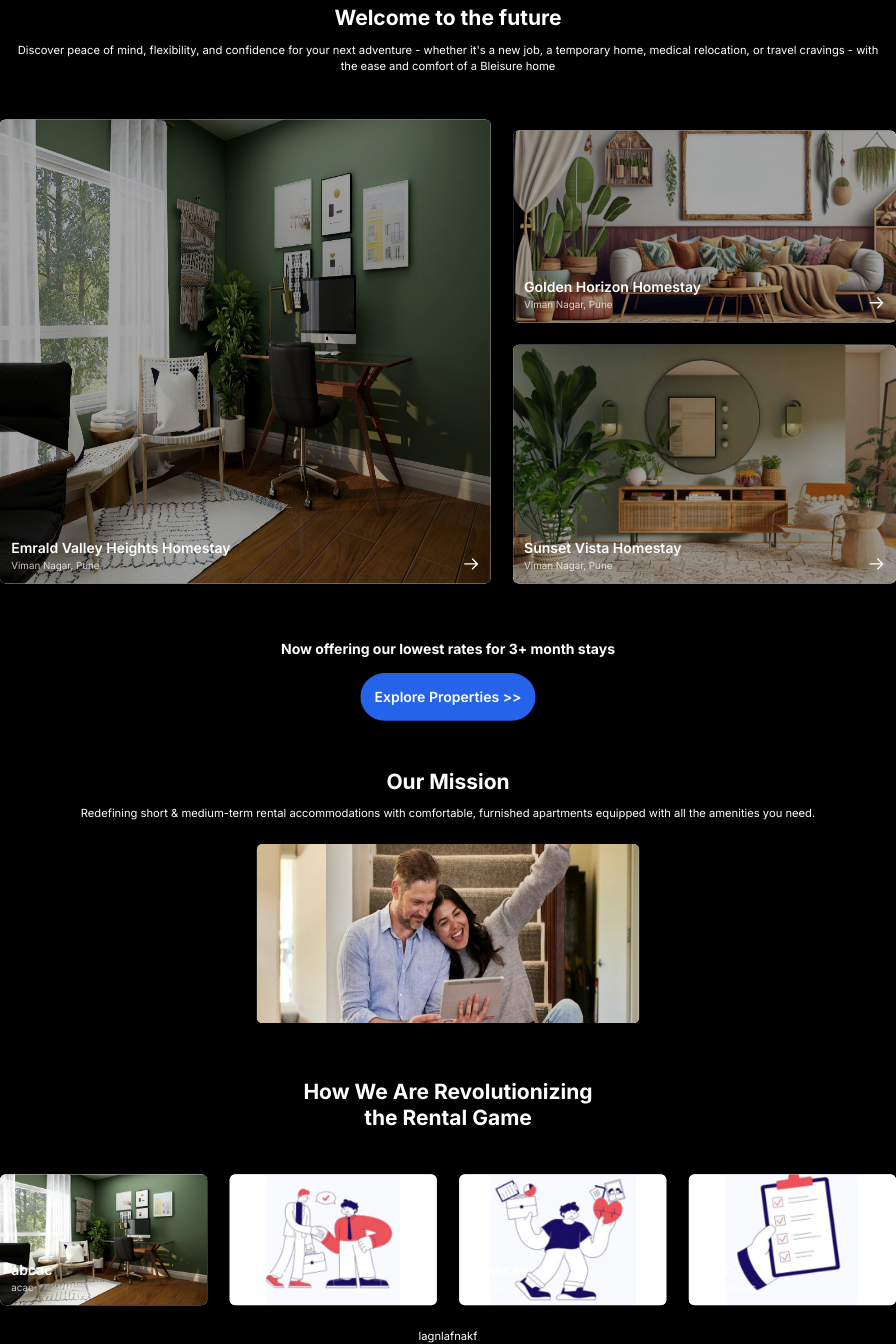
Repository: aditya-jha-kumar/BleisureHosting-V1
Page: /home
These files come from the project's save history. The page is drawn as it stood at one moment and after a run of saves; the edit follows.
The browser window is 1280 px wide. The pictures show the part of the page from y = 762 to 2682 px (the page is 2682 px tall before and 2653 px after), at 70% of full size.
The project was rebuilt for these pictures with package versions that can differ from the ones it lists, and the page was loaded fresh each time. The framework's server and built-in components were replaced by stand-ins that run in the browser. Also part of the build but not shown: next.config.mjs.

Above is the page before, as saved 2024-06-12 15:37:15.

### src/app/home/page.tsx
// Home.tsx
"use client";
// Home.tsx

import React from "react";
import Navbar from "@/components/navbar";
import Search from "@/components/Search";
import Hero from "@/components/hero";
import Card from "@/components/card";
import Button from "@/components/button";
import Card2 from "@/components/Card2";

export default function Home() {
  return (
    <div className="relative min-h-screen flex flex-col justify-center items-center">
      {/* Navbar */}
      <Navbar
        logoSrc="/logo.png"
        logoAlt=""
        option1="Place to stay"
        option2="Experience"
        option3="Nearby"
        option4="Contact"
        button1Label="Become a partner"
        button2Label="Sign up"
      />

      {/* Hero section */}
      <div className="relative rounded overflow-hidden flex-1">
        <Hero
          logoSrc="/hero.png"
          logoAlt="Your alt text here"
          className="rounded"
        />
        {/* Search component placed on Hero */}
        <div className="absolute inset-0 flex justify-center items-center">
          <Search placeholder="Search" />
        </div>
      </div>

      {/* Additional content */}
      <div className="flex flex-col items-center justify-center text-center mt-8 md:mt-12 px-4">
        <h1 className="text-3xl font-bold">Welcome to the future</h1>
        <p className="mt-4">
          Discover peace of mind, flexibility, and confidence for your next
          adventure - whether it's a new job, a temporary home, medical
          relocation, or travel cravings - with the ease and comfort of a
          Bleisure home
        </p>
      </div>

      {/* Cards */}
      <div className="flex justify-center mt-8 space-x-4 md:space-x-8">
        <Card
          imageSrc="/card1.png"
          largeText="Emrald Valley Heights Homestay"
          smallText="Viman Nagar, Pune"
          showOverlay
          showArrow
        />
        <div className="md:mt-4">
          {/* Add margin top for medium screens */}
          <Card
            imageSrc="/card2.png"
            largeText="Golden Horizon Homestay"
            smallText="Viman Nagar, Pune"
            showOverlay
            showArrow
          />
          <Card
            imageSrc="/card3.png"
            largeText="Sunset Vista Homestay"
            smallText="Viman Nagar, Pune"
            showOverlay
            showArrow
          />
        </div>
      </div>

      {/* Additional content */}
      <div className="flex flex-col items-center justify-center text-center mt-8 md:mt-12 px-4">
        <h1 className="text-xl font-bold">
          Now offering our lowest rates for 3+ month stays
        </h1>
        <Button text="Explore Properties >>" />
      </div>

      {/* Our Mission */}
      <div className="flex flex-col items-center justify-center text-center mt-8 md:mt-12 px-4">
        <h1 className="text-3xl font-bold">Our Mission</h1>
        <p className="mt-4">
          Redefining short & medium-term rental accommodations with comfortable,
          furnished apartments equipped with all the amenities you need.
        </p>
        <Card
          imageSrc="our-mission.png"
          largeText=""
          smallText=""
          smallSize // Pass this prop to decrease the size
        />
      </div>
      {/* revolutionizing */}
      <div>
        <div className="flex flex-col items-center justify-center text-center mt-8 md:mt-12 px-4">
          <h1 className="text-3xl font-bold">
            How We Are Revolutionizing <br /> the Rental Game
          </h1>
        </div>
      </div>
      <div className="flex justify-center mt-8 space-x-4 md:space-x-8">
        <Card2 imageSrc="/card1.png" largeText="abcac" smallText="acac" />
        <Card2 imageSrc="/a2.png" largeText="acacac" smallText="acacea" />
        <Card2 imageSrc="/a3.png" largeText="acaecae" smallText="acaecae" />
        <Card2 imageSrc="/a4.png" largeText="acac" smallText="acacaecaec" />
      </div>
      <div>
        <h1>lagnlafnakf</h1>
      </div>
    </div>
  );
}

### src/components/navbar.tsx
"use client"
import { useState } from "react";
import Link from "next/link";

interface NavbarProps {
  logoSrc: string;
  logoAlt: string;
  option1: string;
  option2: string;
  option3: string;
  option4: string;
  button1Label: string;
  button2Label: string;
}

const Navbar = ({
  logoSrc,
  logoAlt,
  option1,
  option2,
  option3,
  option4,
  button1Label,
  button2Label,
}: NavbarProps) => {
  const [isMenuOpen, setIsMenuOpen] = useState(false);

  const toggleMenu = () => {
    setIsMenuOpen(!isMenuOpen);
  };

  return (
    <nav className="bg-white dark:bg-white fixed w-full z-20 top-0 start-0 border-b">
      <div className="max-w-screen-xl flex flex-wrap items-center justify-between mx-auto p-4">
        <Link
          className="flex items-center space-x-3 rtl:space-x-reverse cursor-pointer"
          href="/"
        >
          <img src={logoSrc} className="h-8" alt={logoAlt} />
          <span className="self-center text-2xl font-semibold whitespace-nowrap dark:text-black">
            {logoAlt}
          </span>
        </Link>
        <div className="flex md:order-2 space-x-3 md:space-x-0 rtl:space-x-reverse">
          <button
            type="button"
            className="text-black bg-white border-black border-2 focus:ring-4 font-medium rounded-lg text-sm px-4 py-2 text-center transition duration-300 ease-in-out hover:bg-black hover:text-white hover:border-gray-800"
          >
            {button1Label}
          </button>

          <span className="px-2 py-2">|</span>
          <button
            type="button"
            className="text-white bg-blue-700 hover:bg-blue-800 focus:ring-4 focus:outline-none focus:ring-blue-300 font-medium rounded-lg text-sm px-4 py-2 text-center dark:bg-blue-600 dark:hover:bg-blue-700 dark:focus:ring-blue-800 transition duration-300 ease-in-out"
          >
            {button2Label}
          </button>

          <button
            data-collapse-toggle="navbar-sticky"
            type="button"
            className="inline-flex items-center p-2 w-10 h-10 justify-center text-sm text-gray-500 rounded-lg md:hidden hover:bg-gray-100 focus:outline-none focus:ring-2 focus:ring-gray-200 dark:text-gray-400 dark:hover:bg-gray-700 dark:focus:ring-gray-600 transition duration-300 ease-in-out"
            aria-controls="navbar-sticky"
            aria-expanded="false"
            onClick={toggleMenu}
          >
            <span className="sr-only">Open main menu</span>
            <svg
              className="w-5 h-5"
              aria-hidden="true"
              xmlns="http://www.w3.org/2000/svg"
              fill="none"
              viewBox="0 0 17 14"
            >
              <path
                stroke="currentColor"
                strokeLinecap="round"
                strokeLinejoin="round"
                strokeWidth="2"
                d="M1 1h15M1 7h15M1 13h15"
              />
            </svg>
          </button>
        </div>
        <div
          className={`items-center justify-between w-full md:flex md:w-auto md:order-1 ${
            isMenuOpen ? "block" : "hidden"
          }`}
          id="navbar-sticky"
        >
          <ul className="flex flex-col p-4 md:p-0 mt-4 font-medium border border-gray-100 rounded-lg bg-gray-50 md:space-x-8 rtl:space-x-reverse md:flex-row md:mt-0 md:border-0 md:bg-white">
            <li>
              <Link
                className="block py-2 px-3 text-gray-900 rounded hover:bg-gray-100 md:hover:bg-transparent md:hover:text-blue-700 md:p-0 md:dark:hover:text-blue-500 dark:text-black dark:hover:bg-gray-700 dark:hover:text-black md:dark:hover:bg-transparent dark:border-gray-700 transition duration-300 ease-in-out"
                aria-current="page"
                href="/placetostay"
              >
                {option1}
              </Link>
            </li>
            <li>
              <Link
                className="block py-2 px-3 text-gray-900 rounded hover:bg-gray-100 md:hover:bg-transparent md:hover:text-blue-700 md:p-0 md:dark:hover:text-blue-500 dark:text-black dark:hover:bg-gray-700 dark:hover:text-black md:dark:hover:bg-transparent dark:border-gray-700 transition duration-300 ease-in-out"
                href="/about"
              >
                {option2}
              </Link>
            </li>
            <li>
              <Link
                className="block py-2 px-3 text-gray-900 rounded hover:bg-gray-100 md:hover:bg-transparent md:hover:text-blue-700 md:p-0 md:dark:hover:text-blue-500 dark:text-black dark:hover:bg-gray-700 dark:hover:text-black md:dark:hover:bg-transparent dark:border-gray-700 transition duration-300 ease-in-out"
                href="/services"
              >
                {option3}
              </Link>
            </li>
            <li>
              <Link
                className="block py-2 px-3 text-gray-900 rounded hover:bg-gray-100 md:hover:bg-transparent md:hover:text-blue-700 md:p-0 md:dark:hover:text-blue-500 dark:text-black dark:hover:bg-gray-700 dark:hover:text-black md:dark:hover:bg-transparent dark:border-gray-700 transition duration-300 ease-in-out"
                href="/contact"
              >
                {option4}
              </Link>
            </li>
          </ul>
        </div>
      </div>
    </nav>
  );
};

export default Navbar;

### src/components/Search.tsx
"use client";
import React from "react";

interface SearchProps {
  placeholder: string;
}

const Search = ({ placeholder }: SearchProps) => {
  return (
    <div className="relative">
      <input
        type="text"
        placeholder={placeholder}
        className="w-full h-12 px-4 py-2 rounded-lg border border-gray-300 focus:outline-none focus:border-blue-500"
      />
      <button className="absolute inset-y-0 right-0 flex items-center px-4 bg-blue-500 text-white rounded-r-lg">
        Search
      </button>
    </div>
  );
};

export default Search;

### src/components/hero.tsx
"use client";
import React from "react";

interface HeroProps {
  logoSrc: string;
  logoAlt: string;
  className?: string; // Make className optional
}

const Hero = ({ logoSrc, logoAlt, className }: HeroProps) => {
  return (
    <div className={className}>
      <div>
        <img src={logoSrc} alt={logoAlt} />
      </div>
    </div>
  );
};

export default Hero;

### src/components/card.tsx
"use client";
import React from "react";

interface CardProps {
  imageSrc: string;
  largeText: string;
  smallText: string;
  showOverlay?: boolean; // Optional prop to show/hide overlay
  showArrow?: boolean; // Optional prop to show/hide arrow
  smallSize?: boolean; // Optional prop to decrease card size
}

const Card = ({
  imageSrc,
  largeText,
  smallText,
  showOverlay = false,
  showArrow = false,
  smallSize = false,
}: CardProps) => {
  return (
    <div
      className={`relative bg-white rounded-lg shadow-md overflow-hidden group my-8 ${
        smallSize ? "w-250 h-64" : "w-full h-auto"
      }`}
    >
      {/* Image */}
      <div className="w-full h-full relative">
        <img src={imageSrc} alt="Card" className="w-full h-full" />
        {/* Black overlay */}
        {showOverlay && (
          <div className="absolute inset-0 bg-black opacity-35 rounded-lg"></div>
        )}
      </div>

      {/* Large Text */}
      <div className="absolute bottom-0 left-0 p-4">
        <h2 className="text-xl font-semibold text-white">{largeText}</h2>
        <p className="text-sm text-white opacity-75">{smallText}</p>
      </div>

      {/* Arrow Icon */}
      {showArrow && (
        <div className="absolute bottom-0 right-0 p-4">
          <svg
            xmlns="http://www.w3.org/2000/svg"
            className="h-6 w-6 text-white"
            fill="none"
            viewBox="0 0 24 24"
            stroke="currentColor"
          >
            <path
              strokeLinecap="round"
              strokeLinejoin="round"
              strokeWidth={2}
              d="M14 5l7 7m0 0l-7 7m7-7H3"
            />
          </svg>
        </div>
      )}
    </div>
  );
};

export default Card;

### src/components/button.tsx
import React from "react";

interface ButtonProps {
  text: string;
  onClick?: () => void;
  disabled?: boolean;
}

const Button = ({ text, onClick, disabled = false }: ButtonProps) => {
  return (
    <button
      type="button"
      onClick={onClick}
      disabled={disabled}
      className={`py-5 px-5 my-5 text-xl inline-flex items-center gap-x-2 font-semibold rounded-full ${
        disabled
          ? "opacity-50 cursor-not-allowed"
          : "bg-blue-600 text-white hover:bg-blue-700"
      }`}
    >
      {text}
    </button>
  );
};

export default Button;

### src/components/Card2.tsx
import React from "react";

interface CardProps {
  imageSrc: string;
  largeText: string;
  smallText: string;
  showOverlay?: boolean; // Optional prop to show/hide overlay
  showArrow?: boolean; // Optional prop to show/hide arrow
  smallSize?: boolean; // Optional prop to decrease card size
}

const Card = ({
  imageSrc,
  largeText,
  smallText,
  showOverlay = false,
  showArrow = false,
  smallSize = false,
}: CardProps) => {
  return (
    <div
      className={`relative bg-white rounded-lg shadow-md overflow-hidden group my-8 ${
        smallSize ? "w-250 h-64" : "w-full h-auto"
      }`}
    >
      {/* Image */}
      <div className="w-full h-full relative">
        <img src={imageSrc} alt="Card" className="w-full h-full" />
        {/* Black overlay */}
        {showOverlay && (
          <div className="absolute inset-0 bg-black opacity-35 rounded-lg"></div>
        )}
      </div>

      {/* Large Text */}
      <div className="absolute bottom-0 left-0 p-4">
        <h2 className="text-xl font-semibold text-white">{largeText}</h2>
        <p className="text-sm text-white opacity-75">{smallText}</p>
      </div>

      {/* Arrow Icon */}
      {showArrow && (
        <div className="absolute bottom-0 right-0 p-4">
          <svg
            xmlns="http://www.w3.org/2000/svg"
            className="h-6 w-6 text-white"
            fill="none"
            viewBox="0 0 24 24"
            stroke="currentColor"
          >
            <path
              strokeLinecap="round"
              strokeLinejoin="round"
              strokeWidth={2}
              d="M14 5l7 7m0 0l-7 7m7-7H3"
            />
          </svg>
        </div>
      )}
    </div>
  );
};

export default Card;

### tailwind.config.ts
module.exports = {
  content: [
    "./src/pages/**/*.{js,ts,jsx,tsx}",
    "./src/components/**/*.{js,ts,jsx,tsx}",
    "./src/app/**/*.{js,ts,jsx,tsx}",
    "node_modules/preline/dist/*.js",
  ],
  theme: {
    extend: {
      backgroundImage: {
        "gradient-radial": "radial-gradient(var(--tw-gradient-stops))",
        "gradient-conic":
          "conic-gradient(from 180deg at 50% 50%, var(--tw-gradient-stops))",
      },
    },
  },
  plugins: [require("preline/plugin")],
};

Loaded but not shown: src/app/layout.tsx (common file); src/app/globals.css (common file)

After the next 2 saves:
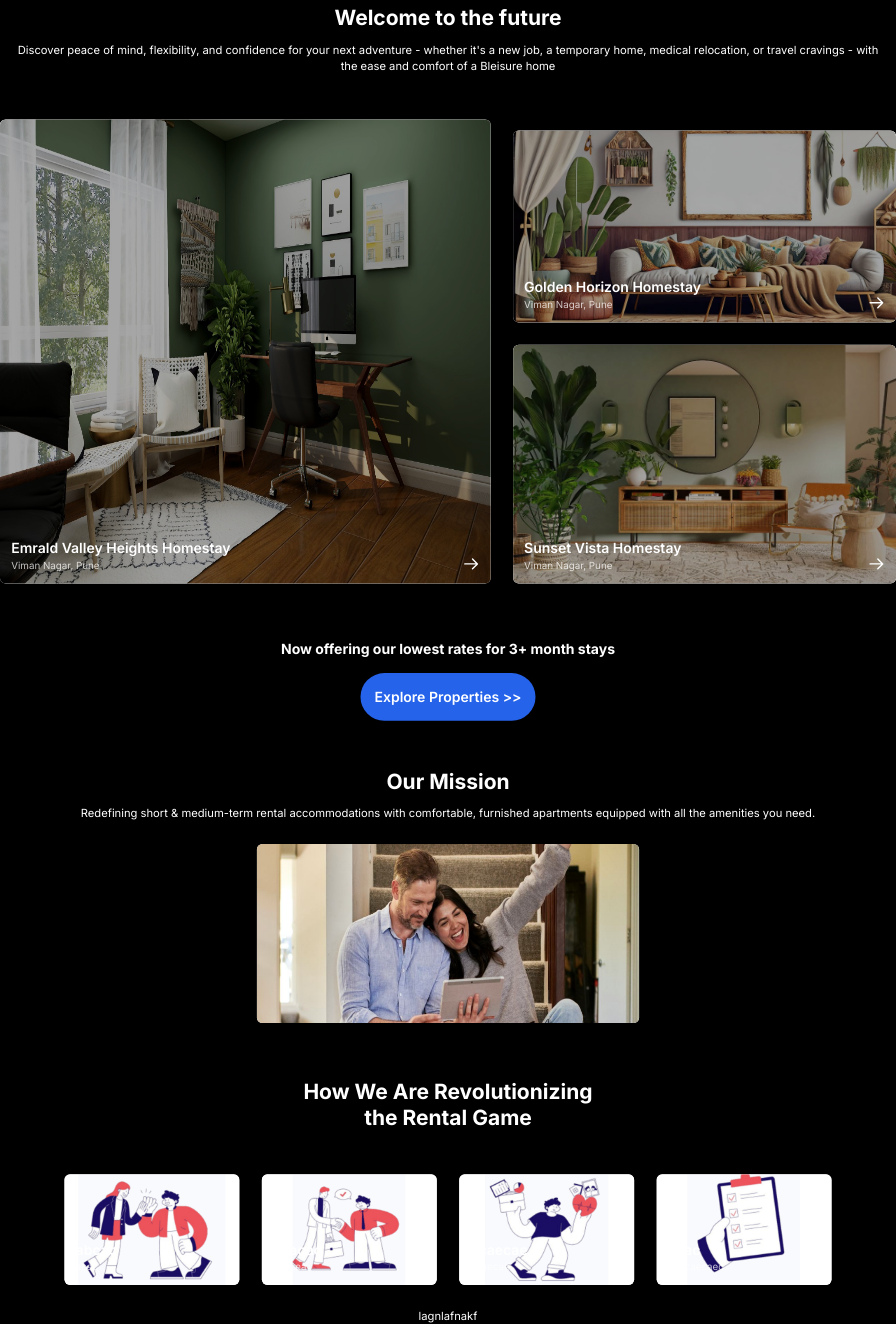
The 2 saves are shown as one change because they came seconds apart.
The last was saved 30 s later.
--- a/src/app/home/page.tsx
+++ b/src/app/home/page.tsx
@@ -108,7 +108,7 @@ export default function Home() {
         </div>
       </div>
       <div className="flex justify-center mt-8 space-x-4 md:space-x-8">
-        <Card2 imageSrc="/card1.png" largeText="abcac" smallText="acac" />
+        <Card2 imageSrc="/a1.png" largeText="abcac" smallText="acac" />
         <Card2 imageSrc="/a2.png" largeText="acacac" smallText="acacea" />
         <Card2 imageSrc="/a3.png" largeText="acaecae" smallText="acaecae" />
         <Card2 imageSrc="/a4.png" largeText="acac" smallText="acacaecaec" />
